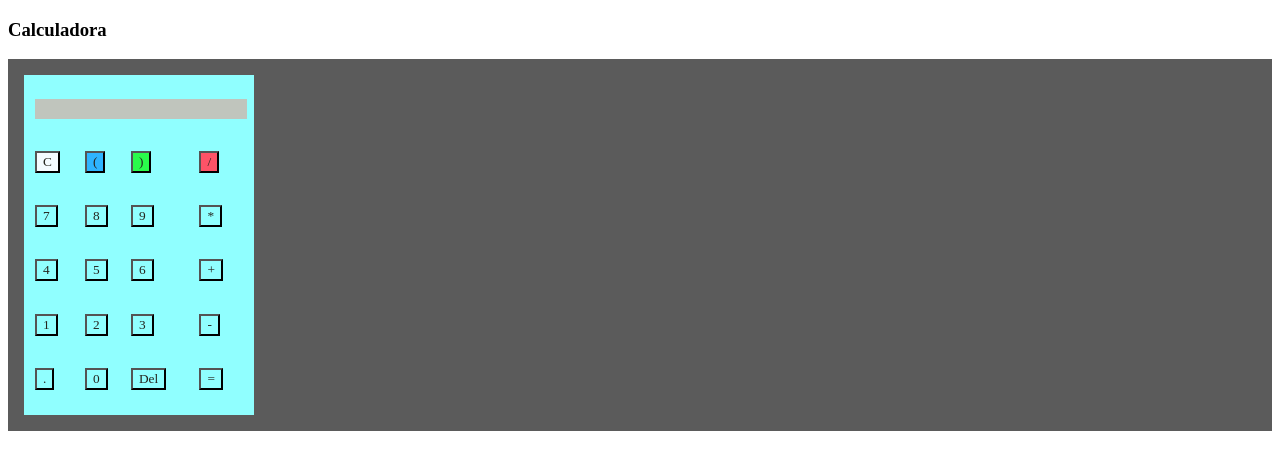
Repository: ServerK001/CalcJsVanilha
Page: index.html
The author's editor kept a copy of each file at every save. The page is drawn from the files as they stood at one save, then again after a run of saves.
The browser window is 1280 px wide. The pictures show the whole page.
Some web fonts or font styles are not loaded; a fallback is used.

Above is the page before, as saved 2022-02-14 20:53:38.

After the next 4 saves:
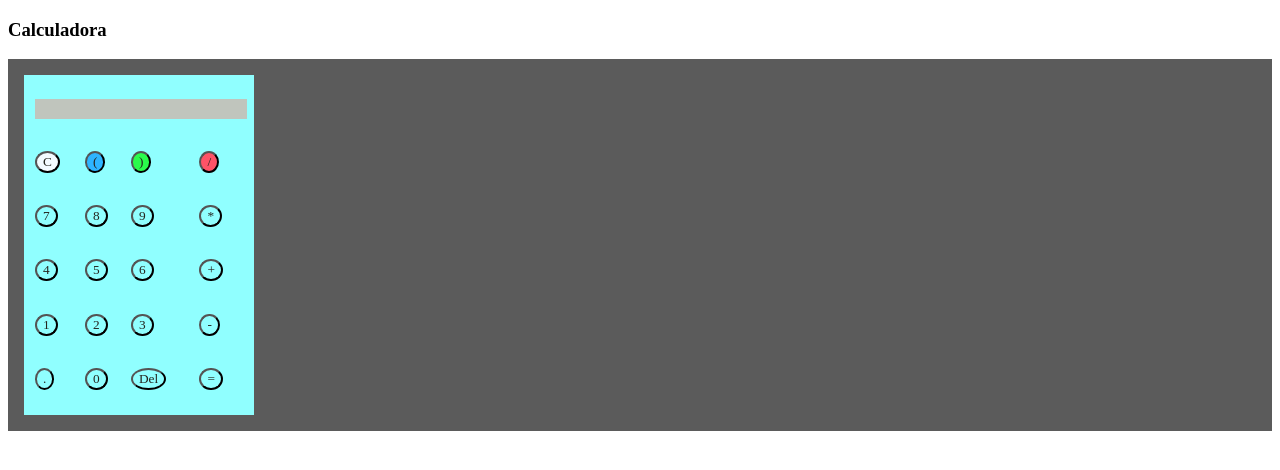
The 4 saves are shown as one change because they came seconds apart.
The last was saved 35 s later.
--- a/style.css
+++ b/style.css
@@ -35,6 +35,7 @@
     color:var(--btn);
     background-color: var(--bgBtn);
     padding: auto ;
+    border-radius: 50%;
 }
 .calculadora{
     background-color: var(--bgCalc);
